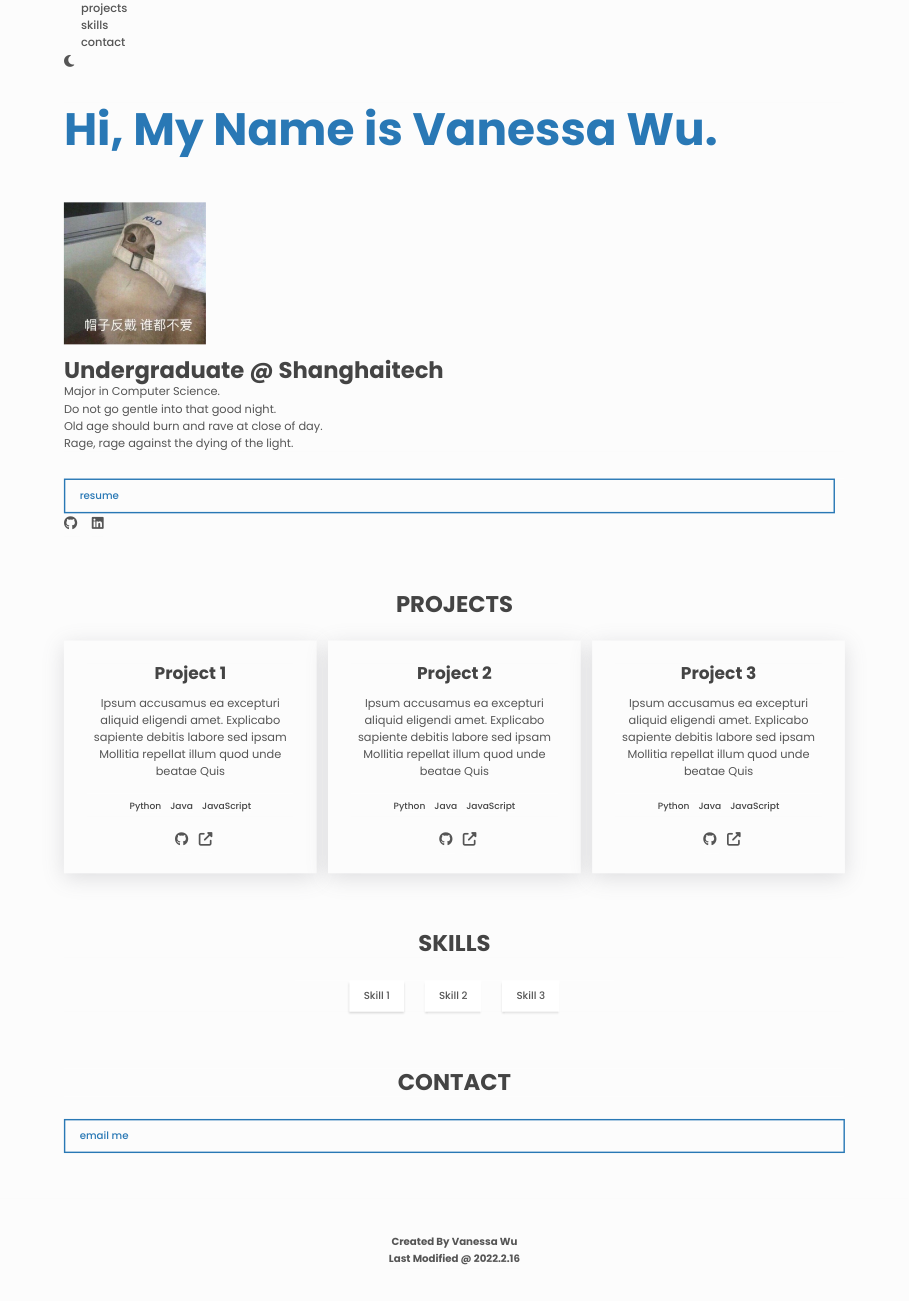
Repository: indiansummer1022/Cubstart
Page: Web Track/hw1/index.html
The author's editor kept a copy of each file at every save. The page is drawn from the files as they stood at one save, then again after the next save.
The browser window is 1280 px wide. The pictures show the whole page, at 71% of full size.
Some web libraries are served in a nearby version.

Above is the page before, as saved 2022-02-16 00:40:21.

### Web Track/hw1/index.html
<!DOCTYPE html>
<html lang="en">

<head>
  <meta charset="UTF-8" />
  <meta name="viewport" content="width=device-width, initial-scale=1" />
  <meta name="description" content="Portfolio" />
  <link rel="preconnect" href="https://fonts.googleapis.com" />
  <link rel="preconnect" href="https://fonts.gstatic.com" crossorigin />
  <link href="https://fonts.googleapis.com/css2?family=Poppins:wght@400;500;700&display=swap" rel="stylesheet" />
  <script src="https://kit.fontawesome.com/fa62c117c7.js" crossorigin="anonymous"></script>
  <!-- BEGIN PART 1 -->
  <link rel="stylesheet" href ="styles.css">
  <title>Vanessa Wu</title>
  <!-- END PART 1 -->
</head>

<body class="light" id="top">
  <header class="header center">
    <!-- BEGIN PART 2 -->
    <h3>
        <a href="/"></a>
    </h3>
    <!-- END PART 2 -->
    <nav class="nav center">
      <ul class="nav__list center">
        <li class="nav__list-item">
          <a class="link link--nav" href="#projects">Projects</a>
        </li>
        <li class="nav__list-item">
          <a class="link link--nav" href="#skills">Skills</a>
        </li>
        <li class="nav__list-item">
          <a class="link link--nav" href="#contact">Contact</a>
        </li>
      </ul>

      <!-- BEGIN PART 5 -->

      <button type="button" aria-label="toggle theme" class="btn btn--icon">
        <i id="btn-theme" class="fas fa-moon"></i>
      </button>

      <!--
        5.1: What does this button tag correspond to on the site?

        Corresponds to the moon icon on top left of the page which to change the light/ dark theme of the website.

      -->

      <button type="button" aria-label="toggle navigation" class="btn btn--icon nav__hamburger">
        <i class="fas fa-bars"></i>
      </button>

      <!--
        5.2: Try Ctrl-F in styles.css and look the class 'nav__hamburger'. You'll notice that it
        appears in 2 places. Why is one of the rules 'display: none' on one instance? How do you
        make it so that this button appears on screen?
        Hint: remember what @media (max-width: 600px) means.

        1. @media (max-width: 600px) is for mobile so hamburger is set to appear on the screen if it is the mobile version.
        The element is hidden if it is the desktop version. [referring: @hannahmcg]
        2. Change 'display: none' to flex so this button will appear.

      -->

      <!-- END PART 5 -->
    </nav>
  </header>

  <main>
    <div class="about center">
      <!-- BEGIN PART 6 -->
      <h1 class="about__name">
        Hi, My Name is Vanessa Wu.
        <img class="about__photo" src="photo.jpg" alt="photo">
      </h1>
      <h2 class="about_role">
        Undergraduate @ Shanghaitech
      </h2>
      <p class="about-desc">
        Major in Computer Science. <br>
        Do not go gentle into that good night. <br>
        Old age should burn and rave at close of day. <br>
        Rage, rage against the dying of the light. <br>
      </p>
      <!-- END PART 6 -->
      <div class="about__contact center">
        <a href="https://example.com">
          <span class="btn btn--outline">Resume</span>
        </a>

        <a href="https://github.com/" aria-label="github" class="link link--icon">
          <i aria-hidden="true" class="fab fa-github"></i>
        </a>

        <a href="https://linkedin.com/in/" aria-label="linkedin" class="link link--icon">
          <i aria-hidden="true" class="fab fa-linkedin"></i>
        </a>
      </div>
    </div>
    <section id="projects" class="section projects">
      <h2 class="section__title">Projects</h2>
      <div class="projects__grid">
        <!-- BEGIN PART 8 -->
        <div class="project">
          <h3>Project 1</h3>
          <p class="project__description">
            Ipsum accusamus ea excepturi aliquid eligendi amet. Explicabo
            sapiente debitis labore sed ipsam Mollitia repellat illum quod
            unde beatae Quis
          </p>
          <ul class="project__stack">
            <li class="project__stack-item">Python</li>
            <li class="project__stack-item">Java</li>
            <li class="project__stack-item">JavaScript</li>
          </ul>

          <a href="https://github.com" aria-label="source code" class="link link--icon">
            <i aria-hidden="true" class="fab fa-github"></i>
          </a>
          <a href="https://example.com" aria-label="live preview" class="link link--icon">
            <i aria-hidden="true" class="fas fa-external-link-alt"></i>
          </a>
        </div>
        <!-- multiple projects -->
        <div class="project">
          <h3>Project 2</h3>
          <p class="project__description">
            Ipsum accusamus ea excepturi aliquid eligendi amet. Explicabo
            sapiente debitis labore sed ipsam Mollitia repellat illum quod
            unde beatae Quis
          </p>
          <ul class="project__stack">
            <li class="project__stack-item">Python</li>
            <li class="project__stack-item">Java</li>
            <li class="project__stack-item">JavaScript</li>
          </ul>

          <a href="https://github.com" aria-label="source code" class="link link--icon">
            <i aria-hidden="true" class="fab fa-github"></i>
          </a>
          <a href="https://example.com" aria-label="live preview" class="link link--icon">
            <i aria-hidden="true" class="fas fa-external-link-alt"></i>
          </a>
        </div>
        <!-- multiple projects -->
        <div class="project">
          <h3>Project 3</h3>
          <p class="project__description">
            Ipsum accusamus ea excepturi aliquid eligendi amet. Explicabo
            sapiente debitis labore sed ipsam Mollitia repellat illum quod
            unde beatae Quis
          </p>
          <ul class="project__stack">
            <li class="project__stack-item">Python</li>
            <li class="project__stack-item">Java</li>
            <li class="project__stack-item">JavaScript</li>
          </ul>

          <a href="https://github.com" aria-label="source code" class="link link--icon">
            <i aria-hidden="true" class="fab fa-github"></i>
          </a>
          <a href="https://example.com" aria-label="live preview" class="link link--icon">
            <i aria-hidden="true" class="fas fa-external-link-alt"></i>
          </a>
        </div>
        <!-- END PART 8 -->
      </div>
    </section>


    <section class="section skills" id="skills">
      <!-- BEGIN PART 10 -->
      <h2 class="section__title">Skills</h2>
      <ul class="skills__list">
        <li class="skills__list-item btn btn--plain">Skill 1</li>
        <li class="skills__list-item btn btn--plain">Skill 2</li>
        <li class="skills__list-item btn btn--plain">Skill 3</li>
      </ul>
      <!-- END PART 10 -->
    </section>
    <section class="section contact center" id="contact">
      <h2 class="section__title">Contact</h2>
      <a href="mailto:youremail@gmail.com">
        <span class="btn btn--outline">Email me</span>
      </a>
    </section>
  </main>

  <footer class="footer">
    <!-- BEGIN PART 12 -->
    <a href="/" class="link footer__link">
      Created By Vanessa Wu<br>
      Last Modified @ 2022.2.16
    </a>
    <!-- END PART 12 -->
  </footer>


  <div class="scroll-container">
    <div class="scroll-top">
      <a aria-label="Scroll up" href="#top">
        <i aria-hidden="true" class="fas fa-arrow-up"></i>
      </a>
    </div>
  </div>
  <script src="./script.js"></script>
</body>

</html>

### Web Track/hw1/styles.css
/*===============
  global styles
===============*/

* {
  padding: 0;
  margin: 0;
  border: 0;
  outline: 0;
  background-color: inherit;
  color: inherit;
  font-family: inherit;
  font-size: inherit;
  box-shadow: none;
  box-sizing: border-box;
}

html {
  scroll-behavior: smooth;
}

body {
  font-family: "Poppins", sans-serif;
  line-height: 1.5;
  color: var(--clr-fg);
  background-color: var(--clr-bg);
}

.light {
  --clr-bg: #fcfcfc;
  --clr-bg-alt: #fff;
  --clr-fg: #555;
  --clr-fg-alt: #444;
  --clr-primary: #2978b5;
  --shadow: rgba(100, 100, 111, 0.2) 0px 7px 29px 0px;
}

.dark {
  --clr-bg: #23283e;
  --clr-bg-alt: #2a2f4c;
  --clr-fg: #bdbddd;
  --clr-fg-alt: #cdcdff;
  --clr-primary: #90a0d9;
  --shadow: rgba(0, 0, 0, 0.16) 0px 10px 36px 0px,
    rgba(0, 0, 0, 0.06) 0px 0px 0px 1px;
}

::-moz-selection {
  background: var(--clr-primary);
  color: var(--clr-bg);
}

::-webkit-selection,
::selection {
  background: var(--clr-primary);
  color: var(--clr-bg);
}

h1,
h2,
h3,
h4 {
  line-height: 1.2;
  color: var(--clr-fg-alt);
}

h1 {
  font-size: 4rem;
}

h2 {
  font-size: 2rem;
}

h3 {
  font-size: 1.5rem;
}

h4 {
  font-size: 1.3rem;
}

ul {
  list-style-type: none;
}

a {
  text-decoration: none;
}

button {
  cursor: pointer;
}

@media (max-width: 900px) {
  h1 {
    font-size: 2.6rem;
  }
}

/*===================
  buttons and links
===================*/

.link {
  color: var(--clr-primary);
  padding: 0 0 0.3em 0;
  position: relative;
}

.link:hover {
  color: var(--clr-primary);
}

/* BEGIN PART 4 */

.link::before {
  content: "";
  display: inline;
  width: 0%;
  height: 0.2em;
  position: absolute;
  bottom: 0;
  background-color: var(--clr-primary);
  /* transition: */
}

.link:hover::before,
.link:focus::before {
  width: 100%;
  transition: property width, duration 5s, timing-function ease-in;
}

/* END PART 4 */

.link--nav {
  color: var(--clr-fg);
  text-transform: lowercase;
  font-weight: 500;
}

.link--icon {
  color: var(--clr-fg);
  font-size: 1.2rem;
}

.btn {
  display: block;
  padding: 0.8em 1.4em;
  font-weight: 500;
  font-size: 0.9rem;
  text-transform: lowercase;
  transition: transform 0.2s ease-in-out;
}

.btn--outline {
  color: var(--clr-primary);
  border: 2px solid var(--clr-primary);
  position: relative;
  overflow: hidden;
  z-index: 1;
}

.btn--outline:focus,
.btn--outline:hover {
  color: var(--clr-bg);
}

.btn--outline:before {
  content: "";
  position: absolute;
  background-color: var(--clr-primary);
  right: 100%;
  bottom: 0;
  left: 0;
  top: 0;
  z-index: -1;
  transition: right 0.2s ease-in-out;
}

.btn--outline:hover::before,
.btn--outline:focus::before {
  right: 0;
}

.btn--plain {
  text-transform: initial;
  background-color: var(--clr-bg-alt);
  box-shadow: rgba(0, 0, 0, 0.15) 0px 3px 3px 0px;
  border: 0;
}

.btn--plain:hover {
  transform: translateY(-4px);
}

.btn--icon {
  padding: 0;
  font-size: 1.2rem;
}

.btn--icon:hover,
.btn--icon:focus {
  color: var(--clr-primary);
}

.btn--icon:active {
  transform: translateY(-5px);
}

/*========
  layout
========*/

/* BEGIN PART 3 */

.center {
  justify-content: center;
  flex-direction: column;
}

.header {
  height: 8em;
  max-width: 1100px;
  width: 95%;
  margin: 0 auto;
  /* justify-content: */
  justify-content: space-around;
}

/* END PART 3 */

main {
  max-width: 1100px;
  width: 95%;
  margin: 0 auto;
}

.section {
  margin-top: 5em;
}

.section__title {
  text-align: center;
  margin-bottom: 1em;
  text-transform: uppercase;
}

.nav__list {
  margin-right: 1.5em;
  display: flex;
}

.nav__list-item {
  margin-left: 1.5em;
}

.nav__hamburger {
  display: none;
  width: 1em;
}

/* BEGIN PART 7 */

.about {
  flex-direction: column;
  margin-top: 1em;
}

/* END PART 7 */

.about__name {
  color: var(--clr-primary);
}

.about__role {
  margin-top: 1.2em;
}

.about__photo{
  margin-top: 1em;
  width: 200px;

}

.about__desc {
  font-size: 1rem;
  max-width: 600px;
}

.about__desc,
.about__contact {
  margin-top: 2.4em;
}

.about .link--icon {
  margin-right: 0.8em;
}

.about .btn--outline {
  margin-right: 1em;
}

/* BEGIN PART 9 */

.projects__grid {
  max-width: 1100px;
  margin: 0 auto;
  /* display: */
  display: grid;
  /* grid-template-columns: */
  grid-template-columns: repeat(auto-fit, calc(100% / 3 - 1em * 2 / 3));
  /* grid-gap: */
  grid-gap: 1em;
}

/* END PART 9 */

.project {
  padding: 2em;
  margin: 0 auto;
  text-align: center;
  box-shadow: var(--shadow);
  transition: transform 0.2s linear;
}

.project:hover {
  transform: translateY(-7px);
}

.project__description {
  margin-top: 1em;
}

.project__stack {
  display: flex;
  flex-wrap: wrap;
  justify-content: center;
  margin: 1.2em 0;
}

.project__stack-item {
  margin: 0.5em;
  font-weight: 500;
  font-size: 0.8rem;
  color: var(--clr-fg-alt);
}

.project .link--icon {
  margin-left: 0.5em;
}

/* BEGIN PART 11 */

.skills__list {
  max-width: 450px;
  width: 95%;
  margin: 0 auto;
  /* display: */
  display: flex;
  /* flex-wrap: */
  flex-wrap: wrap;
  /* justify-content: */
  justify-content: center;
}

.skills__list-item {
  margin-left: 1em;
  margin-right: 1em;
}

/* END PART 11 */

.contact {
  flex-direction: column;
}

.footer {
  padding: 3em 0;
  margin-top: 4em;
  text-align: center;
}

.footer__link {
  font-size: 0.9rem;
  font-weight: 700;
  color: var(--clr-fg);
}

.scroll-top {
  display: none;
  position: fixed;
  bottom: 1em;
  right: 2em;
  background-color: transparent;
  font-size: 1.8rem;
  transition: transform 0.2s ease-in-out;
}

@media (max-width: 600px) {
  .header {
    height: 6em;
  }

  .section {
    margin-top: 4em;
  }

  .nav__list {
    flex-direction: column;
    padding: 4em 0;
    position: absolute;
    right: 0;
    left: 0;
    top: 5em;
    background-color: var(--clr-bg);
    width: 0;
    overflow: hidden;
    transition: width 0.2s ease-in-out;
  }

  .display-nav-list {
    width: 100%;
  }

  .nav__list-item {
    margin: 0.5em 0;
  }

  .nav__hamburger {
    display: flex;
    margin-left: 0.8em;
  }

  .about {
    align-items: flex-start;
    margin-top: 2em;
  }

  .footer {
    padding: 2em;
    margin-top: 3em;
  }

  .scroll-container {
    display: none;
  }
}

### Web Track/hw1/script.js
const body = document.body

const btnTheme = document.querySelector('.fa-moon')
const btnHamburger = document.querySelector('.fa-bars')

const addThemeClass = (bodyClass, btnClass) => {
  body.classList.add(bodyClass)
  btnTheme.classList.add(btnClass)
}

const getBodyTheme = localStorage.getItem('portfolio-theme')
const getBtnTheme = localStorage.getItem('portfolio-btn-theme')

addThemeClass(getBodyTheme, getBtnTheme)

const isDark = () => body.classList.contains('dark')

const setTheme = (bodyClass, btnClass) => {

	body.classList.remove(localStorage.getItem('portfolio-theme'))
	btnTheme.classList.remove(localStorage.getItem('portfolio-btn-theme'))

  addThemeClass(bodyClass, btnClass)

	localStorage.setItem('portfolio-theme', bodyClass)
	localStorage.setItem('portfolio-btn-theme', btnClass)
}

const toggleTheme = () =>
	isDark() ? setTheme('light', 'fa-moon') : setTheme('dark', 'fa-sun')

btnTheme.addEventListener('click', toggleTheme)

const displayList = () => {
	const navUl = document.querySelector('.nav__list')

	if (btnHamburger.classList.contains('fa-bars')) {
		btnHamburger.classList.remove('fa-bars')
		btnHamburger.classList.add('fa-times')
		navUl.classList.add('display-nav-list')
	} else {
		btnHamburger.classList.remove('fa-times')
		btnHamburger.classList.add('fa-bars')
		navUl.classList.remove('display-nav-list')
	}
}

btnHamburger.addEventListener('click', displayList)

const scrollUp = () => {
	const btnScrollTop = document.querySelector('.scroll-top')

	if (
		body.scrollTop > 500 ||
		document.documentElement.scrollTop > 500
	) {
		btnScrollTop.style.display = 'block'
	} else {
		btnScrollTop.style.display = 'none'
	}
}

document.addEventListener('scroll', scrollUp)

After the next save:
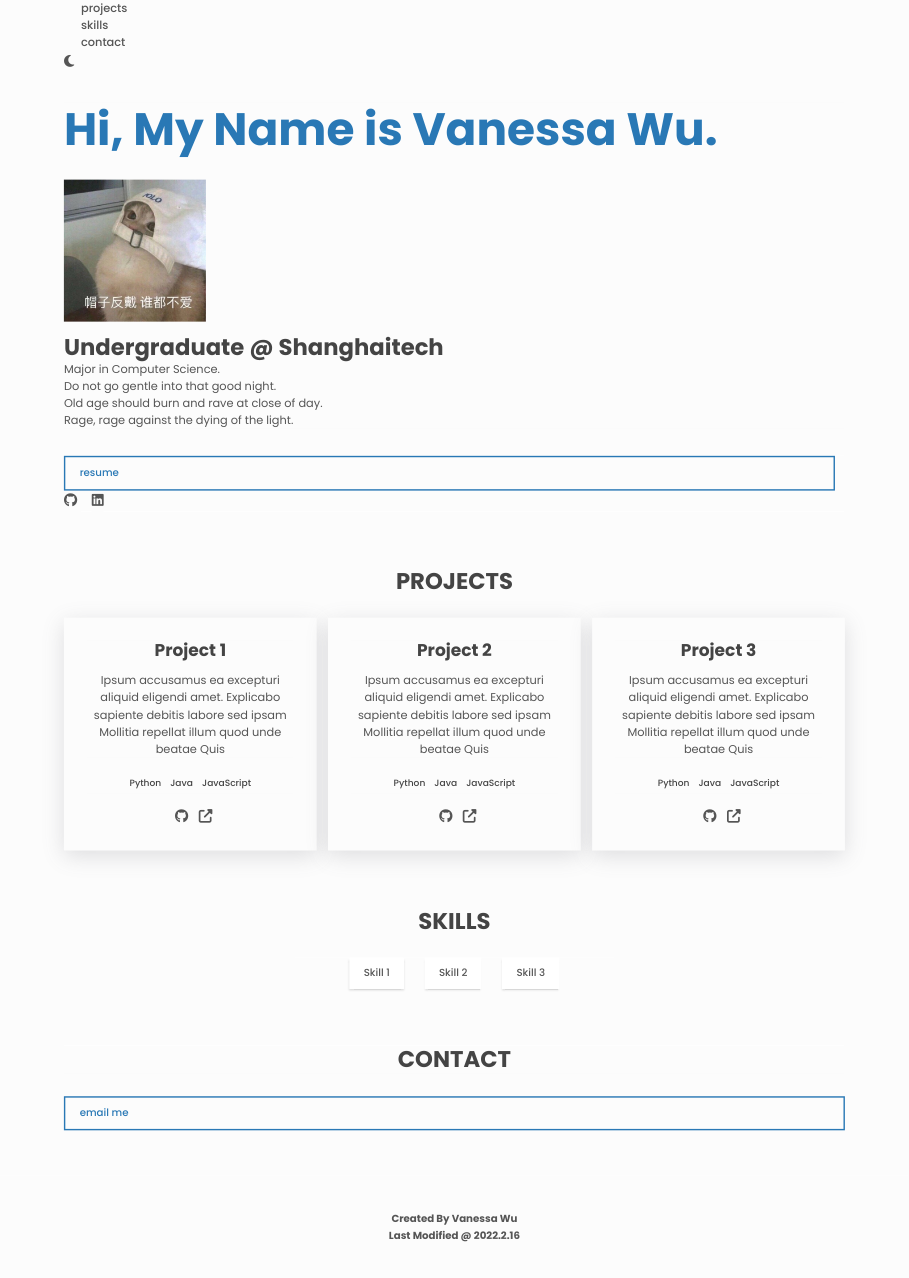
Saved 6 s later.
--- a/Web Track/hw1/styles.css
+++ b/Web Track/hw1/styles.css
@@ -278,7 +278,7 @@ main {
 }
 
 .about__photo{
-  margin-top: 1em;
+  margin-top: 0.5em;
   width: 200px;
 
 }
